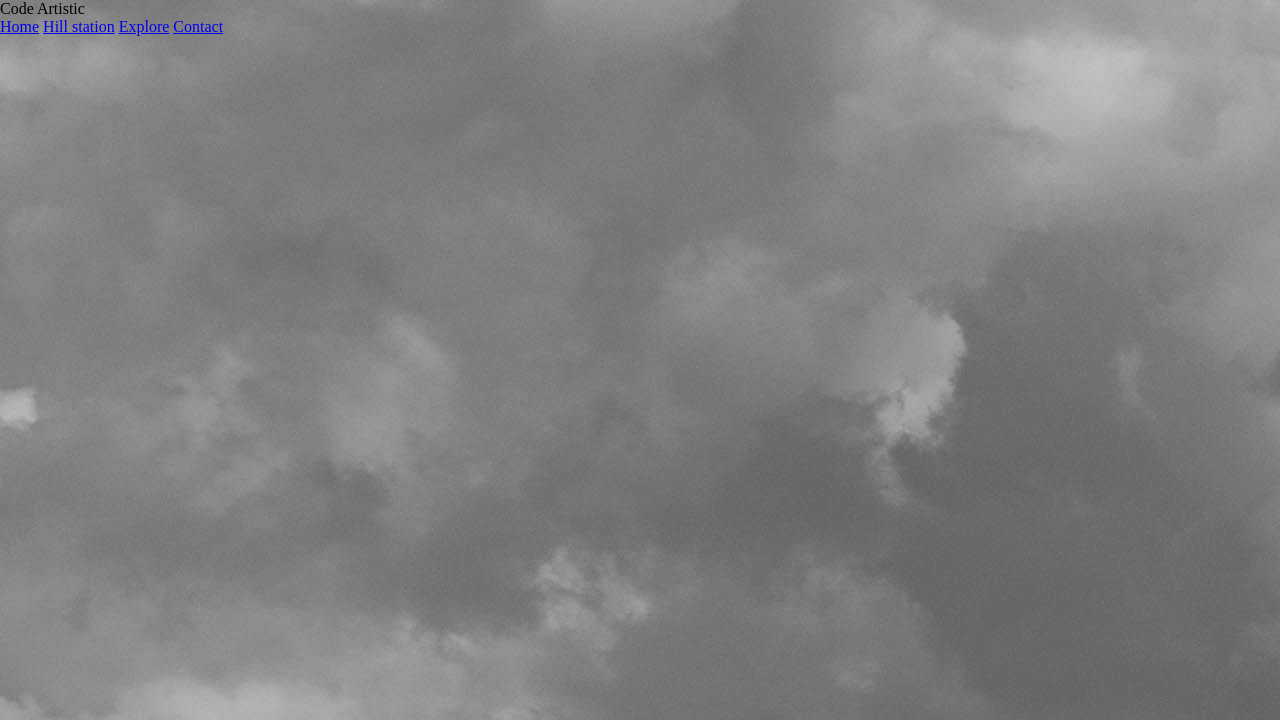
Repository: Ruxmary7/energy
Page: starter/index.html
These files come from the project's save history. The page is drawn as it stood at one moment and after a run of saves; the edit follows.
The browser window is 1280 px wide. The pictures show the whole page.

Above is the page before, as saved 2025-01-10 21:53:28.

After the next 4 saves:
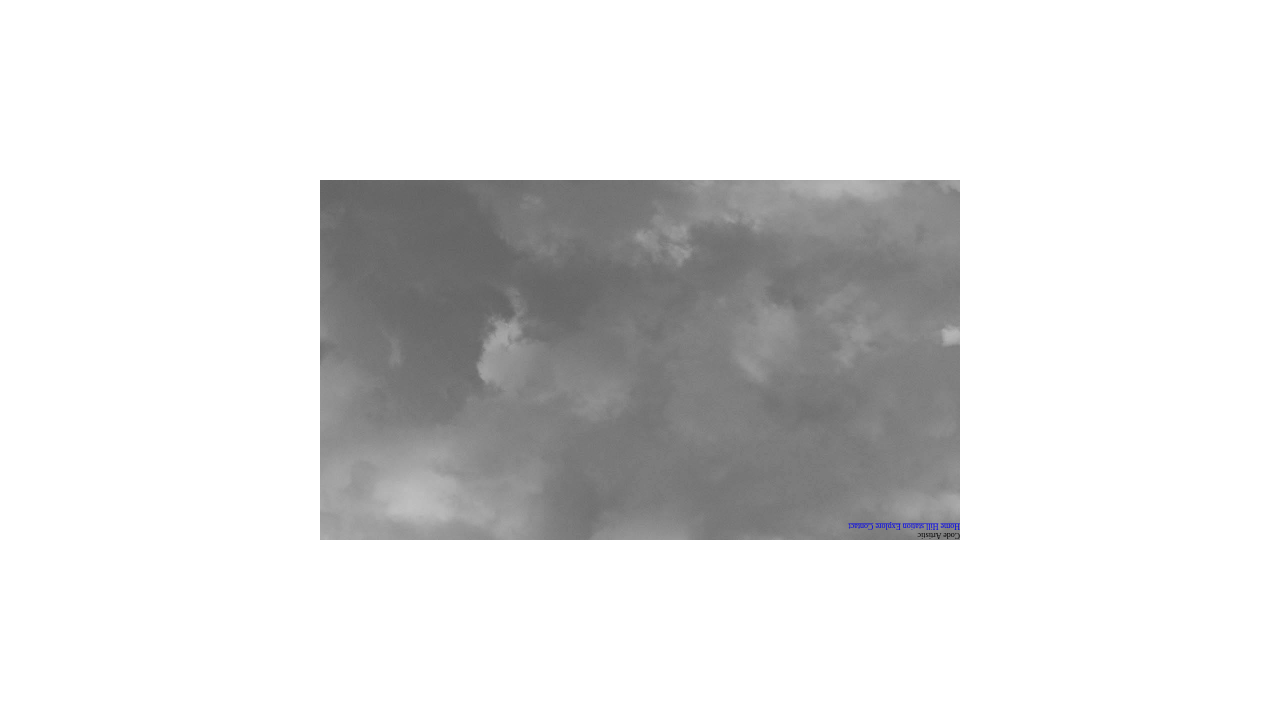
The 4 saves are shown as one change because they came seconds apart.
The last was saved 15 s later.
--- a/starter/style.css
+++ b/starter/style.css
@@ -9,4 +9,5 @@ header {
     height: 100vh;
     background: url(abc.jpg);
     block-size: cover;
+    transform: scale(-50%);
 }
